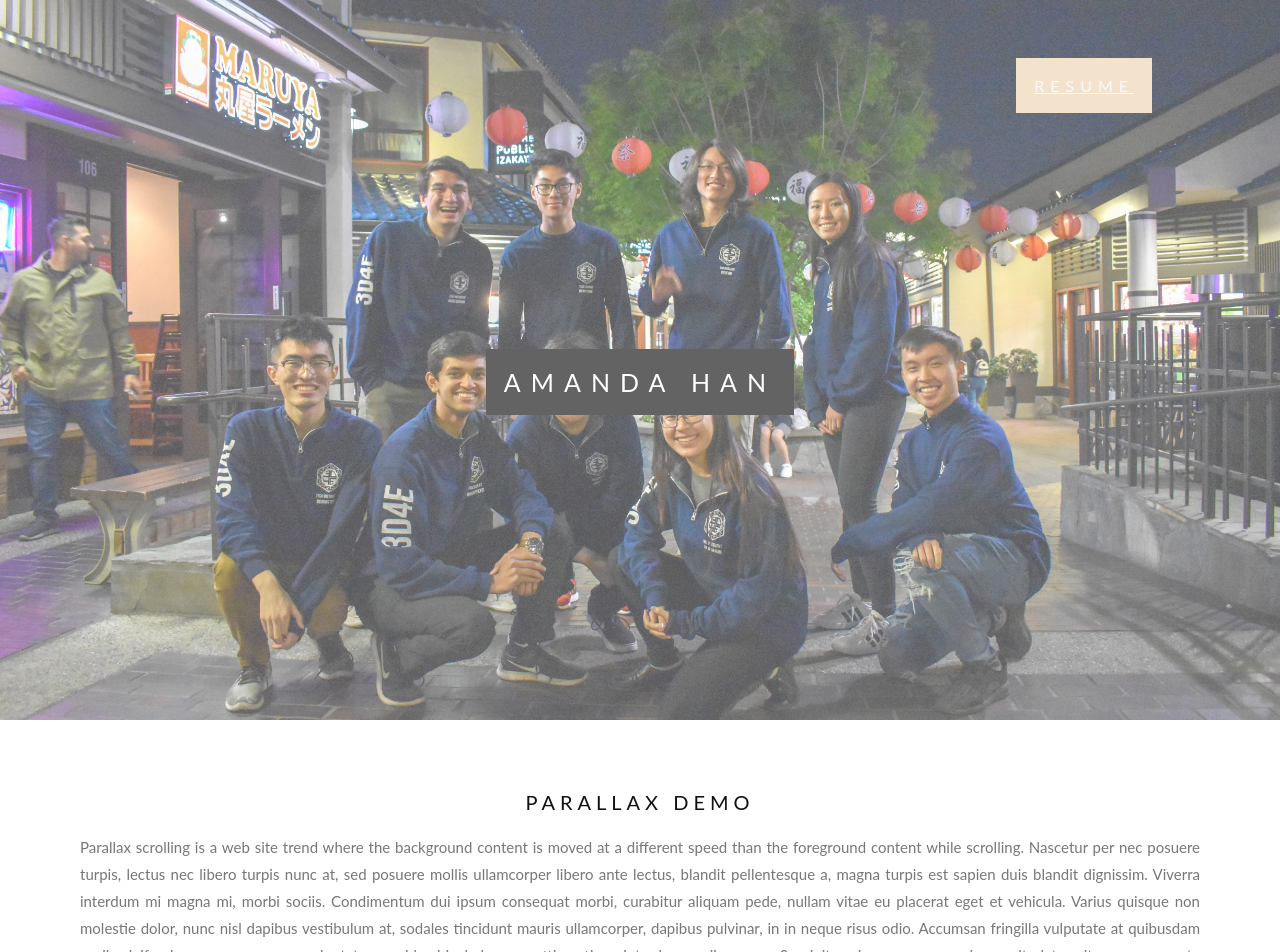
Repository: aliyuanh/me
Page: index.html
These files come from the project's save history. The page is drawn as it stood at one moment and after the next save; the edit follows.
The browser window is 1280 px wide. The pictures show the part of the page from y = 0 to 952 px (the page is 2895 px tall).

Above is the page before, as saved 2020-09-17 00:27:17.

After the next save:
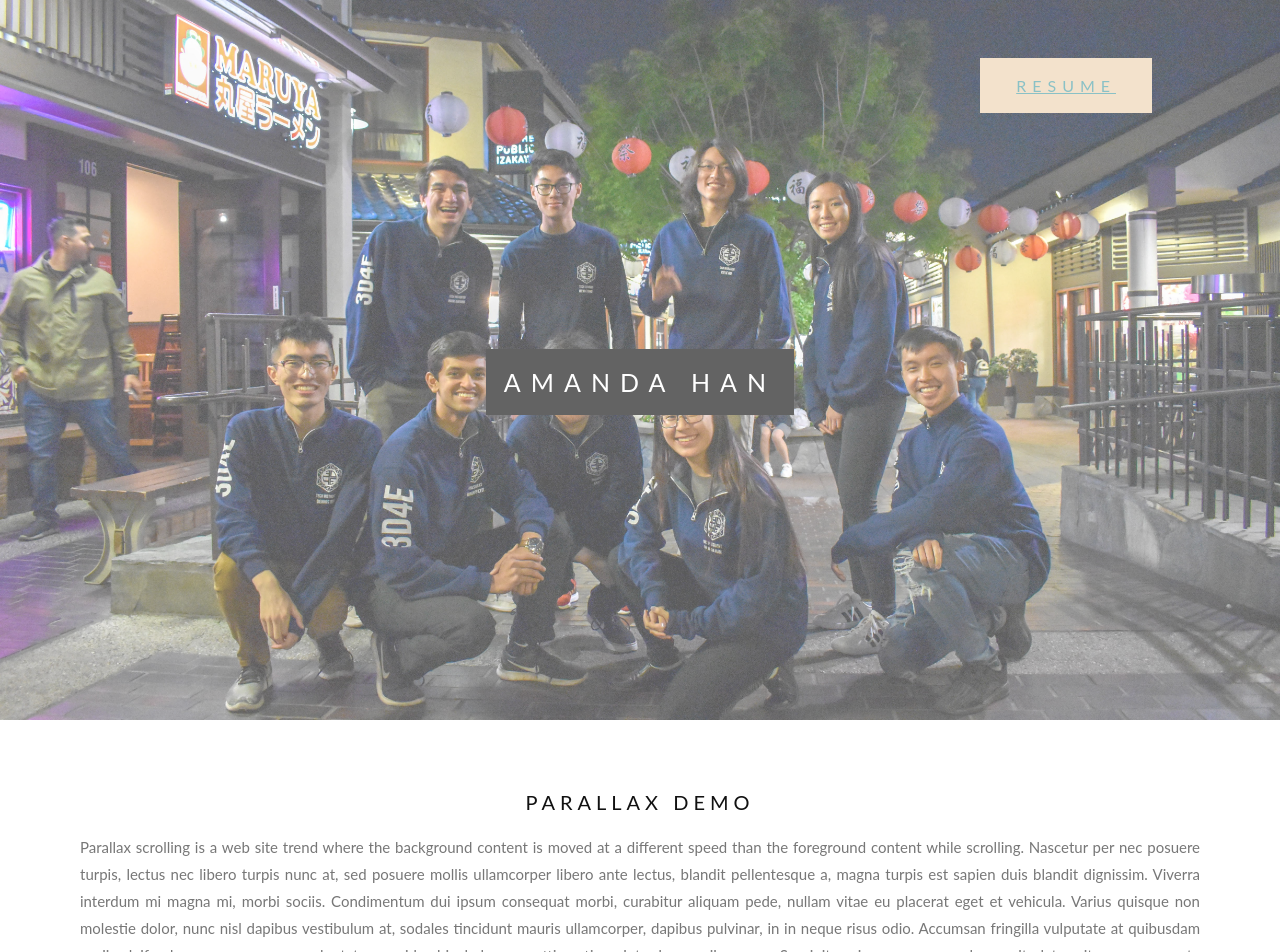
Saved 39 s later.
--- a/index.html
+++ b/index.html
@@ -103,7 +103,7 @@
 
     <div class="bgimg-1">
         <div class="toResume">
-            <span class="resumeButton"><a href="https://drive.google.com/file/d/1WPi9M0jbwAtVQjWsxIvFWxaKqeurGUjf/view?usp=sharing" style="color:#f7f7f7">RESUME</a></span>
+            <span class="resumeButton"><a class="resumeButton" href="https://drive.google.com/file/d/1WPi9M0jbwAtVQjWsxIvFWxaKqeurGUjf/view?usp=sharing">RESUME</a></span>
         </div>
         <div class="caption">
             <span class="border">AMANDA HAN</span>
